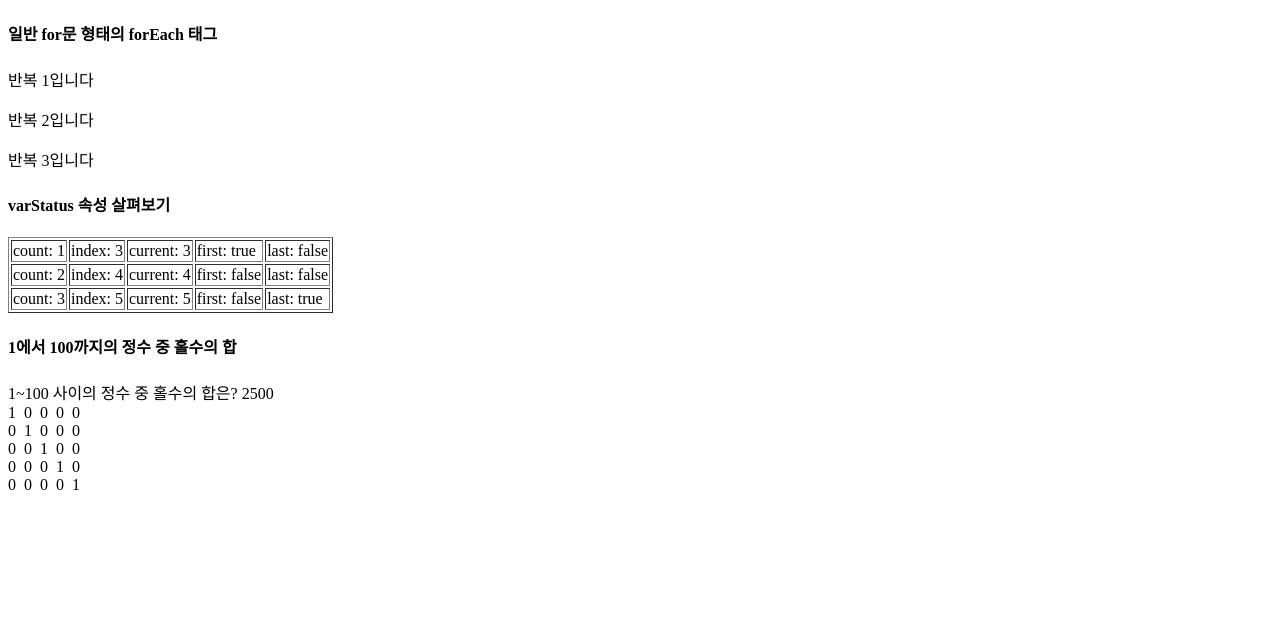
Repository: Motibidu/JSP_Servlet
Page: http://localhost/MushHaveJsp/11JSTL/core/ForEachNormal.jsp
These files come from the project's save history. The page is drawn as it stood at one moment and after the next save; the edit follows.
The browser window is 1280 px wide. The pictures show the whole page.
The page is served by Tomcat 10. Other server files are loaded and not shown.

Above is the page before, as saved 2025-05-13 02:20:03.

### MushHaveJsp/src/main/webapp/11JSTL/core/ForEachNormal.jsp
<%@ page language="java" contentType="text/html; charset=UTF-8" pageEncoding="UTF-8"%>
<%@ taglib prefix="c" uri="jakarta.tags.core"%>
<!DOCTYPE html>
<html>
<head>
<meta charset="UTF-8">
<title>JSTL- forEach1</title>
</head>
<body>
	<h4>일반 for문 형태의 forEach 태그</h4>
	<c:forEach begin="1" end="3" step="1" var="i">
		<p>반복 ${ i }입니다</p>
	</c:forEach>

	<h4>varStatus 속성 살펴보기</h4>
	<table border="1">
		<c:forEach begin="3" end="5" var="i" varStatus="loop">
			<tr>
				<td>count: ${ loop.count }</td>
				<td>index: ${ loop.index }</td>
				<td>current: ${ loop.current }</td>
				<td>first: ${ loop.first }</td>
				<td>last: ${ loop.last }</td>
		</c:forEach>
	</table>

	<h4>1에서 100까지의 정수 중 홀수의 합</h4>
	<c:forEach begin="1" end="100" var="j">
		<c:if test="${ j mod 2 ne 0 }">
			<c:set var="sum" value="${ sum+ j }" />
		</c:if>
	</c:forEach>
	1~100 사이의 정수 중 홀수의 합은? ${ sum }
	<br/>
	<c:forEach begin="1" end="5" var="i">
		<c:forEach begin="1" end="5" var="j">
			<c:if test= "${ i eq j }" var= "result">
				1&nbsp;
			</c:if>
			<c:if test= "${ not result }">
				0&nbsp;
			</c:if>
		</c:forEach>
		<br/>
	</c:forEach>
</body>
</html>

After the next save:
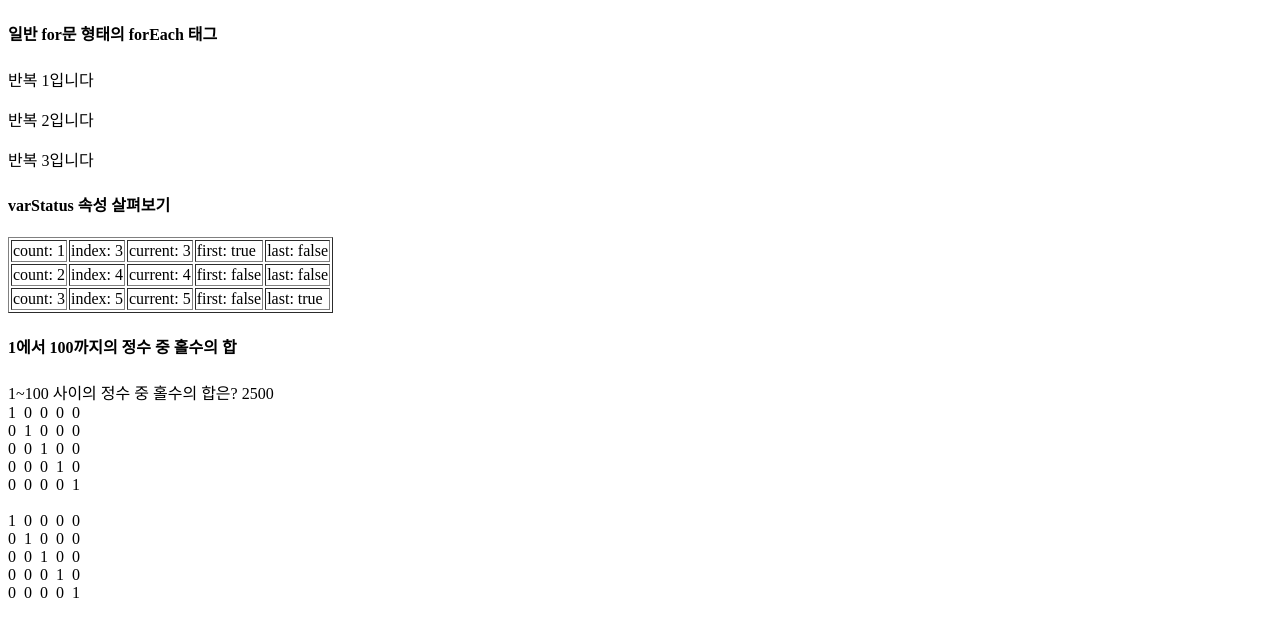
Saved 6 s later.
--- a/MushHaveJsp/src/main/webapp/11JSTL/core/ForEachNormal.jsp
+++ b/MushHaveJsp/src/main/webapp/11JSTL/core/ForEachNormal.jsp
@@ -43,5 +43,18 @@
 		</c:forEach>
 		<br/>
 	</c:forEach>
+
+	<br/>
+	<c:forEach begin="1" end="5" var="i">
+		<c:forEach begin="1" end="5" var="j">
+			<c:if test= "${ i eq j }" var= "result">
+				1&nbsp;
+			</c:if>
+			<c:if test= "${ not result }">
+				0&nbsp;
+			</c:if>
+		</c:forEach>
+		<br/>
+	</c:forEach>
 </body>
 </html>

After the save that followed:
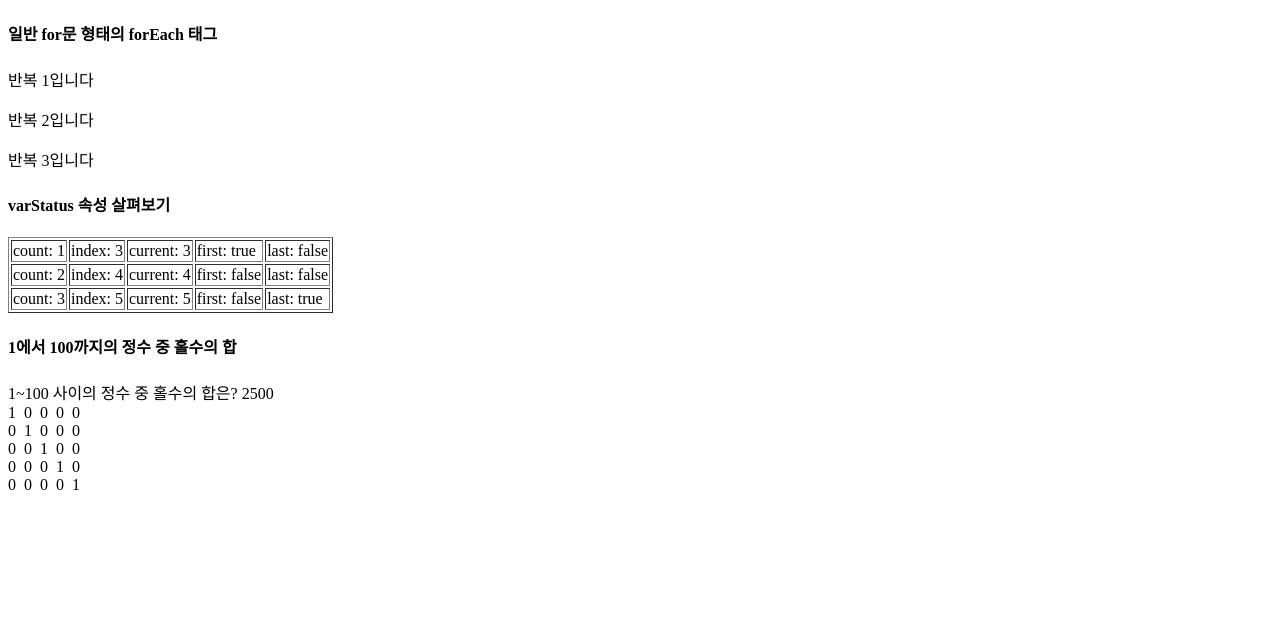
Saved 5 s later.
--- a/MushHaveJsp/src/main/webapp/11JSTL/core/ForEachNormal.jsp
+++ b/MushHaveJsp/src/main/webapp/11JSTL/core/ForEachNormal.jsp
@@ -47,12 +47,12 @@
 	<br/>
 	<c:forEach begin="1" end="5" var="i">
 		<c:forEach begin="1" end="5" var="j">
-			<c:if test= "${ i eq j }" var= "result">
+			<%-- <c:if test= "${ i eq j }" var= "result">
 				1&nbsp;
 			</c:if>
 			<c:if test= "${ not result }">
 				0&nbsp;
-			</c:if>
+			</c:if> --%>
 		</c:forEach>
 		<br/>
 	</c:forEach>
